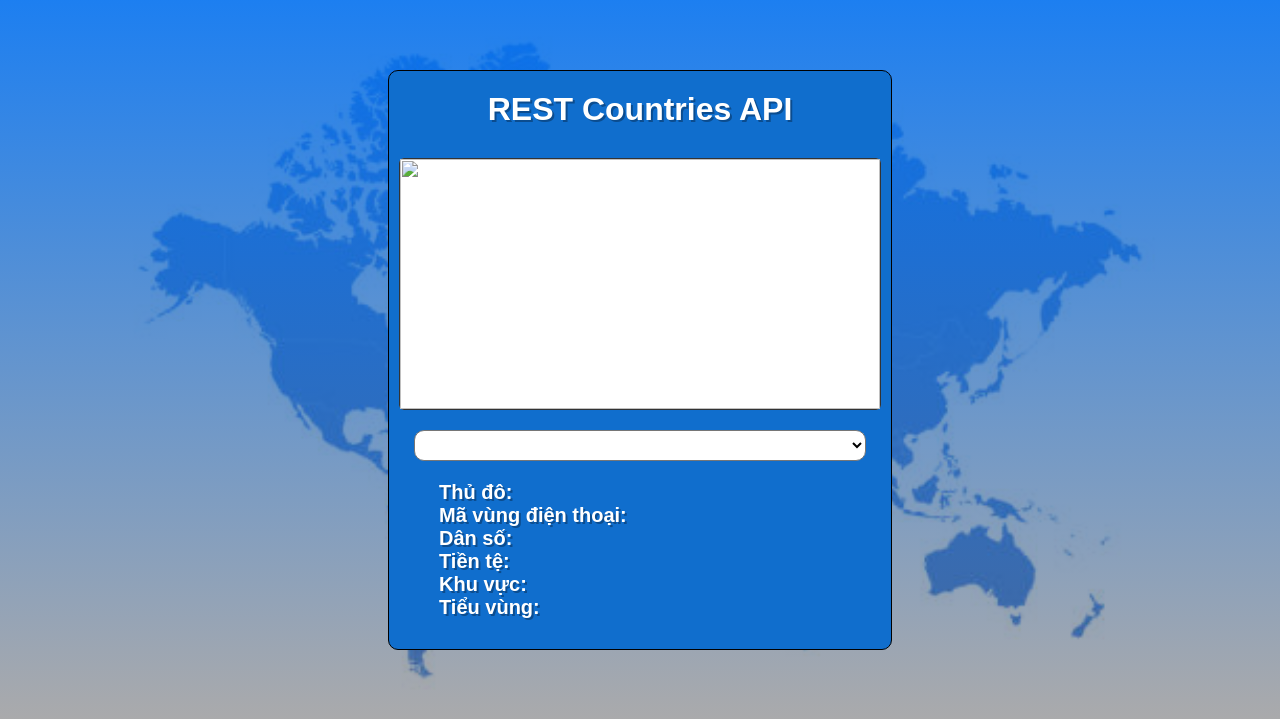
Repository: KhoaTran204/Rest-countries-api-app
Page: index.html
The author's editor kept a copy of each file at every save. The page is drawn from the files as they stood at one save, then again after the next save.
The browser window is 1280 px wide. The pictures show the whole page.
The page's requests for data from a server got no answer.

Above is the page before, as saved 2024-04-14 09:35:27.

After the next save:
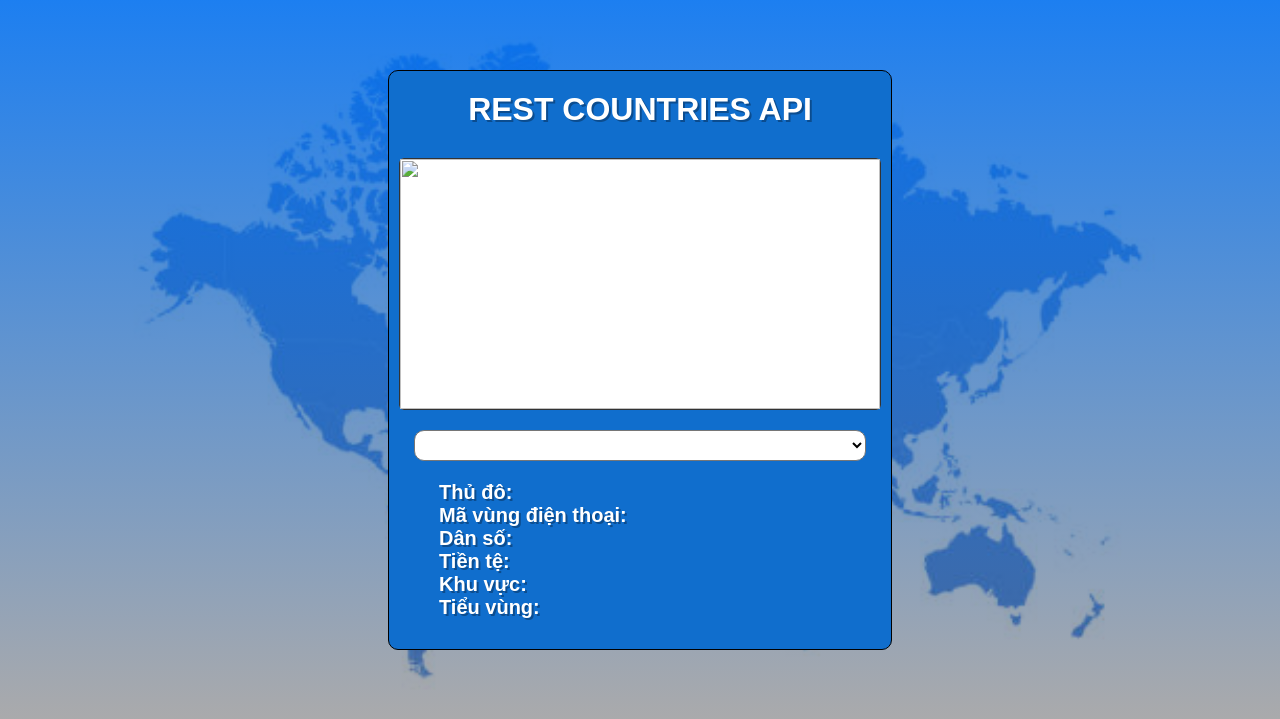
Saved 21 s later.
--- a/index.html
+++ b/index.html
@@ -8,7 +8,7 @@
   </head>
   <body>
     <div class="container">
-      <h1>REST Countries API</h1>
+      <h1>REST COUNTRIES API</h1>
       <div id="main-container">
         <div id="flag-container">
           <img src="" alt="" />
